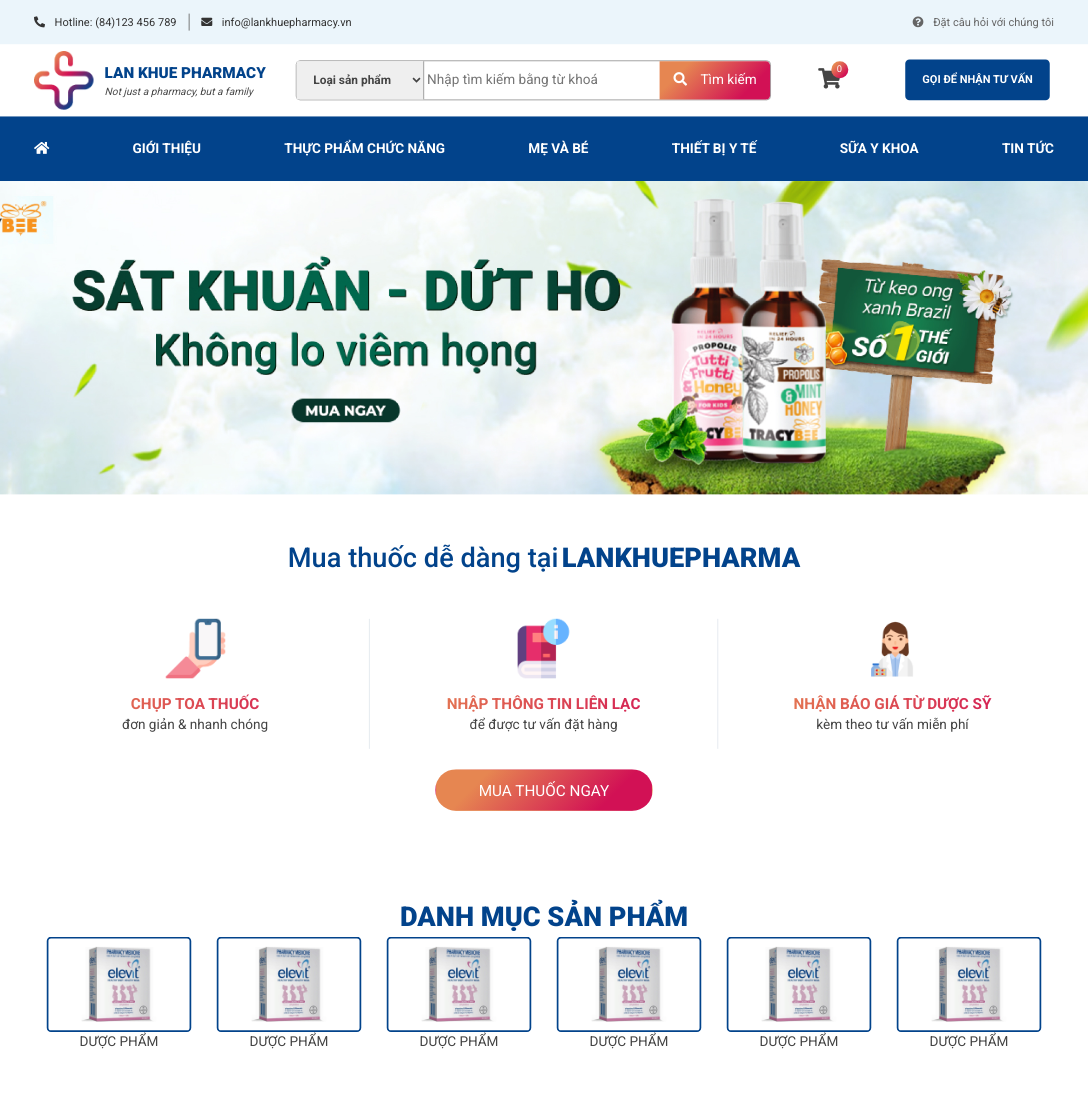
Repository: haianh12082001/Lan-khue
Page: index.html
An editor plug-in stored every save of this project. The page is shown before and after the next save, followed by the edit.
The browser window is 1280 px wide. The pictures show the whole page, at 85% of full size.
Some web libraries are served in a nearby version. The style sheet was rebuilt from its Sass, Less or Tailwind sources for each picture, by a compiler version that may differ from the author's.

Above is the page before, as saved 2021-12-18 14:33:25.

After the next save:
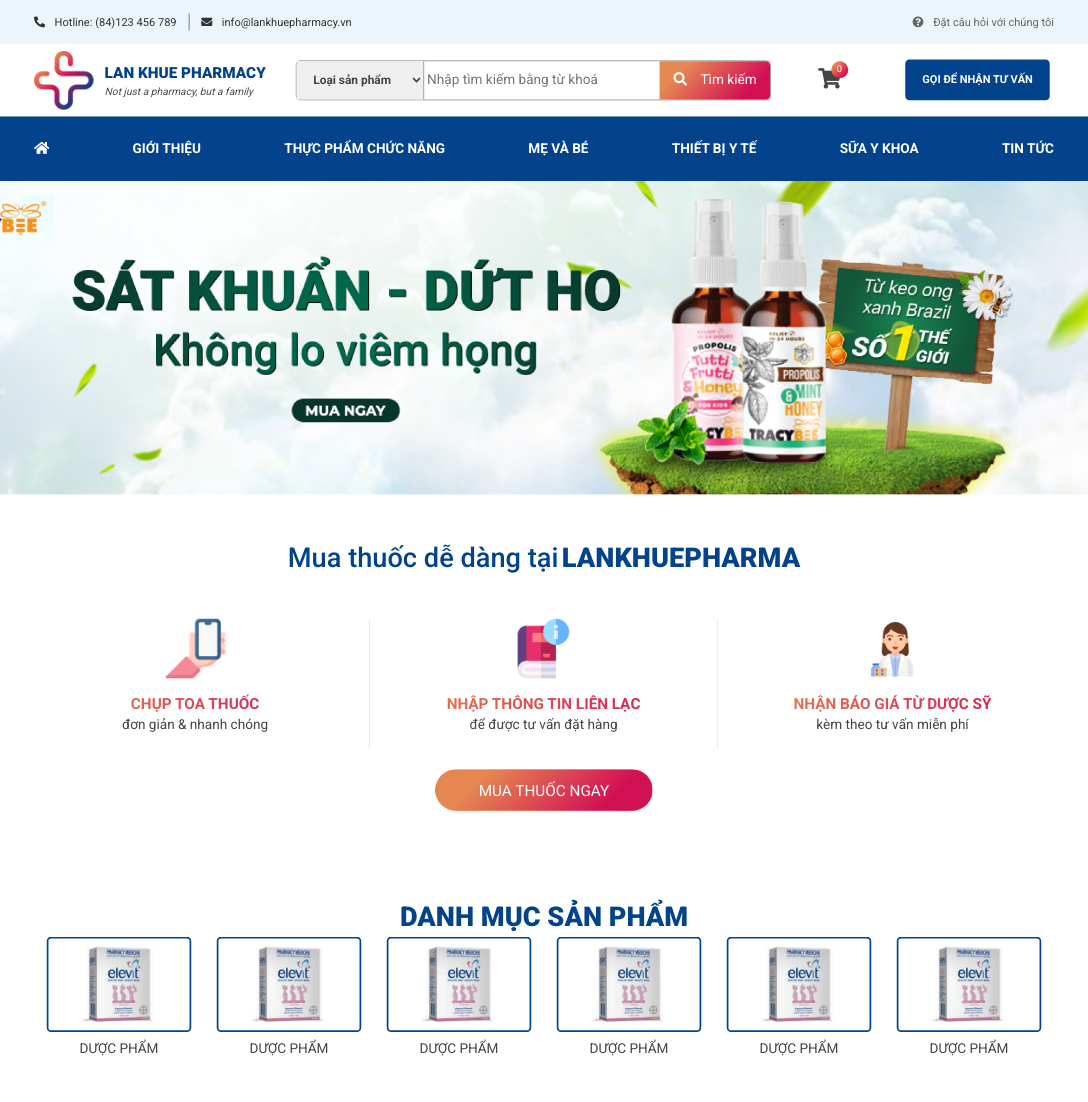
Saved 31 s later.
--- a/assets/sass/_body.scss
+++ b/assets/sass/_body.scss
@@ -38,8 +38,6 @@
     padding: 50px 0;
     .item {
         padding: 0 15px;
-        text-align: center;
-        text-transform: uppercase;
     }
     &-img {
         border: 2px solid $blue;
@@ -52,4 +50,9 @@
             padding: 10px 0;
         }
     }
+    .name {
+        margin-top: 8px;
+        text-align: center;
+        text-transform: uppercase;
+    }
 }
